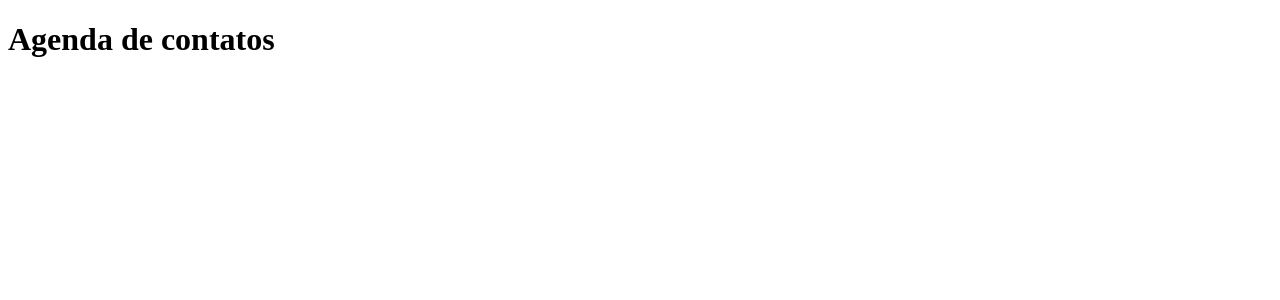
Repository: sergiotales1/agendactt-java
Page: agenda/src/main/webapp/index.html
An editor plug-in stored every save of this project. The page is shown before and after the next save, followed by the edit.
The browser window is 1280 px wide. The pictures show the whole page.

Above is the page before, as saved 2023-11-25 13:58:38.

After the next save:
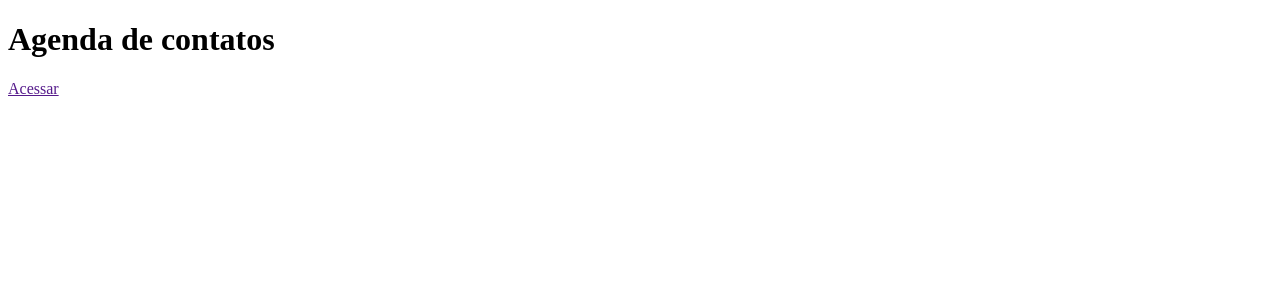
Saved 21 s later.
--- a/agenda/src/main/webapp/index.html
+++ b/agenda/src/main/webapp/index.html
@@ -6,5 +6,6 @@
 </head>
 <body>
 	<h1>Agenda de contatos</h1>
+	<a href="">Acessar</a>
 </body>
 </html>
